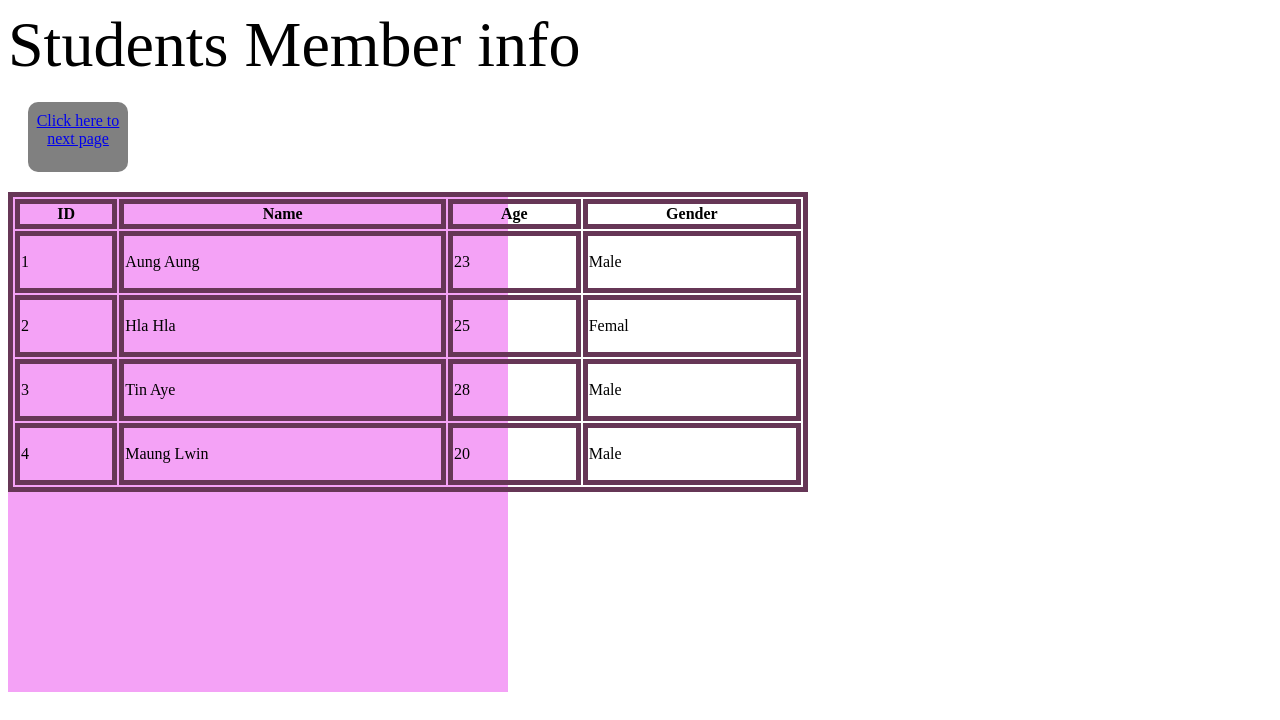
Repository: ThantLwinSoe/Servlet
Page: 01-Communication/src/main/webapp/index.html
These files come from the project's save history. The page is drawn as it stood at one moment and after the next save; the edit follows.
The browser window is 1280 px wide. The pictures show the whole page.

Above is the page before, as saved 2023-02-07 03:13:45.

After the next save:
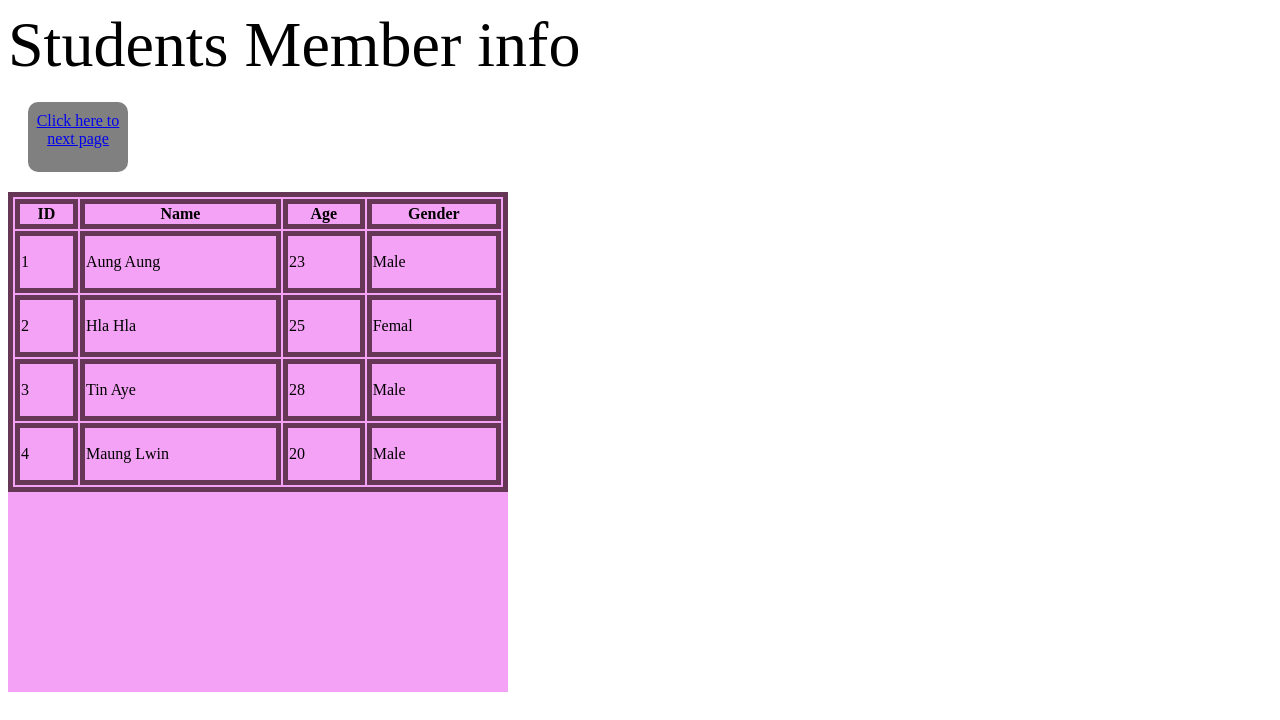
Saved 11 s later.
--- a/01-Communication/src/main/webapp/index.html
+++ b/01-Communication/src/main/webapp/index.html
@@ -28,7 +28,7 @@ h {
 }
 .table_one {
 
-	width: 800px;
+	width: 500px;
 	height: 300px;
 }
 </style>
